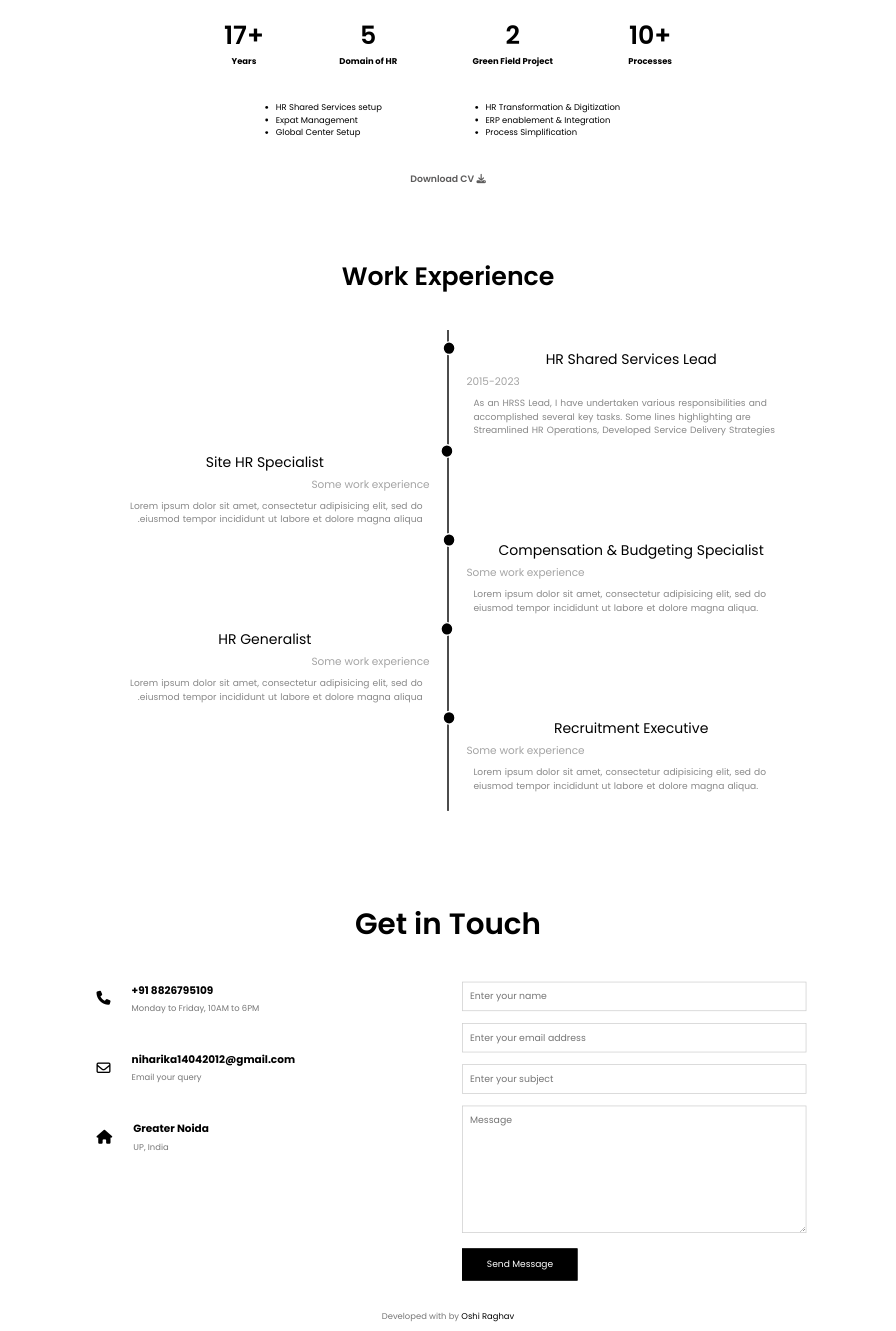
Repository: xoshiraghavx/Niharika-portfolio
Page: index.html
An editor plug-in stored every save of this project. The page is shown before and after the next save, followed by the edit.
The browser window is 1280 px wide. The pictures show the part of the page from y = 1039 to 2959 px (the page is 2940 px tall before and 2959 px after), at 70% of full size.
Some web libraries are served in a nearby version.

Above is the page before, as saved 2023-06-16 10:30:22.

### index.html
<!DOCTYPE html>
<html lang="en">
<head>
    <meta charset="UTF-8">
    <meta http-equiv="X-UA-Compatible" content="IE=edge">
    <meta name="viewport" content="width=device-width, initial-scale=1.0">
    <title>Niharika Singh | Portfolio</title>
    <link rel="stylesheet" href="../css/index.css">
    <link rel="preconnect" href="https://fonts.googleapis.com">
<link rel="preconnect" href="https://fonts.gstatic.com" crossorigin>
<link href="https://fonts.googleapis.com/css2?family=Poppins:wght@100;200;300;400;600;700&family=Righteous&display=swap" rel="stylesheet">
<link rel="stylesheet" href="https://stackpath.bootstrapcdn.com/font-awesome/4.7.0/css/font-awesome.min.css">
<link rel="stylesheet" href="./css/particle.css">
<link href="https://unpkg.com/aos@2.3.1/dist/aos.css" rel="stylesheet">
<link rel="icon" href="./img/image.jpg">

</head>
<body>
    <section class="header" id="head">
        <div id="particles-js">
        <nav>
            <div class="logo">
                <h2>NS</h2>
            </div>
            <div class="nav-links" id="navLinks">
                <i class="fa fa-times" onclick="hideMenu()"></i>
                <ul>
                    <li><a href="#head">HOME</a></li>
                    <li><a href="#about">ABOUT</a></li>
                    <li><a href="#work">WORK</a></li>
                    <li><a href="#contact">CONTACT</a></li>
                </ul>
            </div>
            <div class="social">
                    <div><a href="https://www.linkedin.com/in/niharika-singh-54130b13/" target="_blank"><i class="fa-brands fa-linkedin"></i></a></div>
                    <div><a href="https://www.facebook.com/people/Niharika-Singh/pfbid0zDJLjq1fehJWAvFLc7zkpJ6FsEs1uDxExLjwh94ZH389RFf4Q5YAZHgxJCLQanLsl/" target="_blank"><i class="fa-brands fa-facebook"></i></a></div>
                    <div><a href="https://www.instagram.com/niharika14042012/" target="_blank"><i class="fa-brands fa-instagram"></i></a></div>
            </div>
        </nav>

        <div id="home"data-aos="zoom-in" data-aos-duration="1000">
            <div class="img">
                <p style="color: #c5c1c1; font-weight: 600;">Hello, I'm</p>
            </div>
            <h1 class="hh1">NIHARIKA SINGH</h1>
            <div class="p1"data-aos="fade-in" data-aos-delay="1300"data-aos-duration="1000">
                <p>As an HR professional, I nurture a harmonious and productive workforce.</p>
            </div>
            <div class="container">
                <a href="#about">
                <div class="field" >
                    <div class="mouse"></div>
                </div>
            </a>
            </div>
    </div>
    </section>

<!-- ---------About----------------- -->
<section class="about-us" id="about">
    <div class="row1">
        <div class="about-col">
            <h1>About me</h1>
            <p>Lorem ipsum dolor sit amet consectetur adipisicing elit. Voluptates unde necessitatibus consectetur aut, quisquam at, dolorem, deleniti deserunt a error officia? Quas, quos. Nemo assumenda fugiat dolore ad illo soluta.Lorem ipsum dolor sit amet consectetur adipisicing elit. Voluptates unde necessitatibus consectetur aut, quisquam at, dolorem, deleniti deserunt a error officia? Quas, quos. Nemo assumenda fugiat dolore</p>
        </div>
    </div>
    <div class="bar">
        <div class="count">
            <div class="exp">
                <h1>17+</h1>
            </div>
            <div class="exp_name">
                <h4>Years</h4>
            </div>
        </div>
        <div class="count">
            <div class="exp">
                <h1>5</h1>
            </div>
            <div class="exp_name">
                <h4>Domain of HR</h4>
            </div>
        </div>
        <div class="count">
            <div class="exp">
                <h1>2</h1>
            </div>
            <div class="exp_name">
                <h4>Green Field Project </h4>
            </div>
        </div>
        <div class="count">
            <div class="exp">
                <h1>10+</h1>
            </div>
            <div class="exp_name">
                <h4>Processes </h4>
            </div>
        </div>
    </div>
    <div class="skills">
        <ul>
            <li>HR Shared Services setup</li>
            <li>Expat Management</li>
            <li>Global Center Setup</li>
        </ul>
        <ul>
            <li>HR Transformation & Digitization</li>
            <li>ERP enablement & Integration</li>
            <li>Process Simplification</li>
        </ul>
    </div>
    <div class="cv">
        <button><a href="./img/CV-Niharika Singh.pdf">Download CV </a><i class="fa fa-download"></i></button>
    </div>
</section>
<!-- ------------Timeline------------- -->
<section id="work">
    <h1>Work Experience</h1>
    <div class="timeline">
            <div class="timeline-block timeline-block-right">
               <div class="marker"></div>
               <div class="timeline-content">
                  <h3>HR Shared Services Lead </h3>
                  <span>2015-2023</span>
                  <p>As an HRSS Lead, I have undertaken various responsibilities and accomplished several key tasks. Some lines highlighting are Streamlined HR Operations, Developed Service Delivery Strategies</p>
               </div>
            </div>
            <div class="timeline-block timeline-block-left">
               <div class="marker"></div>
               <div class="timeline-content">
                  <h3>Site HR Specialist </h3>
                  <span>Some work experience</span>
                  <p>Lorem ipsum dolor sit amet, consectetur adipisicing elit, sed do eiusmod tempor incididunt ut labore et dolore magna aliqua.</p>
               </div>
            </div>

            <div class="timeline-block timeline-block-right">
               <div class="marker"></div>
               <div class="timeline-content">
                  <h3>Compensation & Budgeting Specialist </h3>
                  <span>Some work experience</span>
                  <p>Lorem ipsum dolor sit amet, consectetur adipisicing elit, sed do eiusmod tempor incididunt ut labore et dolore magna aliqua.</p>
               </div>
            </div>

            <div class="timeline-block timeline-block-left">
               <div class="marker"></div>
               <div class="timeline-content">
                  <h3>HR Generalist</h3>
                  <span>Some work experience</span>
                  <p>Lorem ipsum dolor sit amet, consectetur adipisicing elit, sed do eiusmod tempor incididunt ut labore et dolore magna aliqua.</p>
               </div>
            </div>

            <div class="timeline-block timeline-block-right">
               <div class="marker"></div>
               <div class="timeline-content">
                  <h3>Recruitment Executive </h3>
                  <span>Some work experience</span>
                  <p>Lorem ipsum dolor sit amet, consectetur adipisicing elit, sed do eiusmod tempor incididunt ut labore et dolore magna aliqua.</p>
               </div>
            </div>
    </div>
</section>
<section class="contact-us" id="contact">
    <h1>Get in Touch
    </h1>
    <div class="row">
        <div class="contact-col">
            <div>
                 <i class="fa fa-phone"></i>
                 <span>
                     <h5><a href="tel: +918178788527">+91 8826795109</a></h5>
                     <p>Monday to Friday, 10AM to 6PM</p>
                 </span>
            </div>
            <div>
                 <i class="fa fa-envelope-o"></i>
                 <span>
                     <h5><a href="mailto: niharika14042012@gmail.com ">niharika14042012@gmail.com</a></h5>
                     <p>Email your query</p>
                 </span>
            </div>
            <div>
                <i class="fa fa-home"></i>
                <span>
                    <h5><a href="https://www.google.com/maps/place/Greater+Noida,+Uttar+Pradesh/@28.4985622,77.3511809,11z/data=!3m1!4b1!4m6!3m5!1s0x390cea64b8f89aef:0xec0ccabb5317962e!8m2!3d28.4743879!4d77.5039904!16zL20vMGN3OXEy?entry=ttu" target="_blank">Greater Noida</a></h5>
                    <p>UP, India</p>
                </span>
           </div>
        </div>
        <div class="contact-col">
            <form action="https://formcarry.com/s/P6GKrEghsf" method="POST" accept-charset="UTF-8">
                <input type="text" name="name" placeholder="Enter your name" required>
                <input type="email" name="email" placeholder="Enter your email address" required>
                <input type="text" name="subject" placeholder="Enter your subject" required>
                <textarea rows="8" name="message" placeholder="Message" required></textarea>
                <button type="submit" class="hero-btn">Send Message</button>
            </form>
        </div>
    </div>
</section>
<!-- --------footer--------- -->
<section class="footer">
    <p style="text-align: center;">Developed with by <a href="https://www.linkedin.com/in/oshiraghav/" target="_blank">Oshi Raghav</a></p>
</section>

<!-- ---------------javascript----------------->
    	<script src=
		"particles.js-master/particles.js">
	</script>
	<script src=
		"/particles.js-master/demo/js/app.js">
	</script>
     <script src="https://unpkg.com/aos@2.3.1/dist/aos.js"></script>
    <script>
     AOS.init();
    </script>
    <script src="https://kit.fontawesome.com/b6191824ce.js" crossorigin="anonymous"></script>
</body>
</html>

### css/index.css
*{
    margin: 0;
    padding: 0;
    font-family: 'poppins', sans-serif;
    scroll-behavior: smooth;
}
.header{
    min-height: 100vh;
    width: 100%;
}
h3{
    color: #000;
}
nav{
    display: flex;
    padding: 1rem 0rem;
    background: #ffffff;
    justify-content: space-around;
    align-items: center;
    position: fixed;
    width: 100%;
    backdrop-filter: blur(3px);
    z-index: 2;
}
.logo{
    background: #000;
    color: #ffffff;
    border-radius: 100%;
    padding: 5pt 6pt;
}
.nav-links ul li{
    list-style: none;
    display: inline-block;
    padding: 8px 12px;
    position: relative;
}
.nav-links ul li a{
    color: #000000;
    text-decoration: none;
    font-size: 13px;
}
.nav-links ul li::after{
    content: '';
    width: 0%;
    height: 2px;
    background: #000000;
    display: block;
    margin: auto;
    transition: 0.5s;
}
.nav-links ul li:hover::after{
    width: 100%;
}
.social{
    display: grid;
    grid-template-columns: auto auto auto auto;
    column-gap: 15px;
    font-size: 1.2rem;
    color: #000000;
}
.social a{
    color: #000;
}
.social:hover{
    cursor: pointer;
}
#home{
    position: absolute;
    text-align: center;
    width: 100%;
    margin-top: 250px;
    color: #ffffff;
}
.hh1{
    font-size: 4em;
}
#home p{
    padding-top: .5rem;
    font-size: 1rem;
    color: #c5c1c1;
}
.container {
	width: 100%;
	height: 100%;
	display: flex;
	align-items: center;
	justify-content: center;
    padding-top: 10rem;
}
.field:hover{
    cursor: pointer;
}

.field {
	display: flex;
	align-items: center;
	justify-content: space-around;
}

.mouse {
	width: 30px;
	height: 50px;
	border: 3px solid #ffffff;
	border-radius: 60px;
	position: relative;
	&::before {
		content: '';
		width: 8px;
		height: 8px;
		position: absolute;
		top: 10px;
		left: 50%;
		transform: translateX(-50%);
		background-color: #ffffff;
		border-radius: 50%;
		opacity: 1;
		animation: wheel 2s infinite;
		-webkit-animation: wheel 2s infinite;
	}
}
@keyframes wheel {
	to {
		opacity: 0;
		top: 30px;
	}
}

@-webkit-keyframes wheel {
	to {
		opacity: 0;
		top: 60px;
	}
}
nav .fa{
    display: none;
}
.hero-btn{
    display: inline-block;
    text-decoration: none;
    color: #fff;
    border: 1px solid #000000;
    padding: 12px 34px;
    font-size: 13px;
    background-color: #000;
    position: relative;
    cursor: pointer;
}
.hero-btn:hover{
    border: 1px solid #000000;
    background: #fff;
    color: #000;
    transition: 1s;
}
@media(max-width: 700px){
    .nav-links{
        display: none;
    }
}
.course{
    width: 80%;
    margin: auto;
    text-align: center;
    padding-top: 80px;
}
h1{
    font-size: 36px;
    font-weight: 600;
    text-align: center;
}
p{
    color: #777;
    font-size: 300;
    line-height: 22px;
    padding: 10px;
}
.row{
    margin-top: 5%;
    display: flex;
    justify-content: space-between;
}
.course-col{
    flex-basis: 31%;
    background: #fff3f3;
    border-radius: 10px;
    margin-bottom: 5%;
    padding: 20px 12px;
    box-sizing: border-box;
    transition: 0.5s;
}
h3{
    text-align: center;
    font-weight: 600;
    margin: 10px 0px;
}
.course-col:hover{
    box-shadow: rgba(241, 128, 128, 0.25) 0px 54px 55px, rgba(233, 177, 177, 0.12) 0px -12px 30px, rgba(238, 209, 209, 0.12) 0px 4px 6px, rgba(230, 100, 100, 0.17) 0px 12px 13px, rgba(250, 27, 27, 0.09) 0px -3px 5px;
}
@media(max-width: 700px){
    .row{
        flex-direction: column;
    }
}
/*  --------facilities--------*/
 .timeline {
    width: 80%;
    padding: 1rem 0;
    margin: 50px auto;
    position: relative;
    overflow: hidden;
 }
 .timeline:before {
    content: '';
    position: absolute;
    top: 0;
    left: 50%;
    margin-left: -1px;
    width: 2px;
    height: 100%;
    background: #000000;
    z-index: 1
 }
 .timeline-block {
    width: -webkit-calc(50% + 8px);
    width: -moz-calc(50% + 8px);
    width: calc(50% + 8px);
    display: -webkit-box;
    display: -webkit-flex;
    display: -moz-box;
    display: flex;
    -webkit-box-pack: justify;
    -webkit-justify-content: space-between;
    -moz-box-pack: justify;
    justify-content: space-between;
    clear: both;
 }
 .timeline-block-right {
    float: right;
 }
 .timeline-block-left {
    float: left;
    direction: rtl
 }
 .marker {
    width: 16px;
    height: 16px;
    border-radius: 50%;
    border: 2px solid #ffffff;
    background: #000000;
    z-index: 1
 }

 .timeline-content {
    width: 95%;
    padding: 0 15px;
    color: #666
 }

 .timeline-content h3 {
    margin-bottom: 5px;
    font-size: 20px;
    font-weight: 500
 }

 .timeline-content span {
    font-size: 15px;
    color: #a4a4a4;
 }

 .timeline-content p {
    font-size: 13px;
    line-height: 1.5em;
    word-spacing: 1px;
    color: #888;
 }


 @media screen and (max-width: 768px) {
    /* .container:before {
       left: 8px;
       width: 2px;
    }
    .timeline-block {
       width: 100%;
       margin-bottom: 30px;
    }
    .timeline-block-right {
       float: none;
    }

    .timeline-block-left {
       float: none;
       direction: ltr;
    } */
 }

/* -------about us page------- */
.about-us{
    width: 50%;
    margin: auto;
    padding-top: 100px;
    padding-bottom: 100px;
}
.about-col{
    flex-basis: 48%;
    text-align: center;
    padding: 10px 2px;
}
.about-col p{
    padding: 15px 0 25px;
}
.about-col h1{
    font-size: 4em;
}
.bar{
    display: flex;
    justify-content: space-between;
    text-align: center;
}
.count{
    display: grid;
    /* flex-direction: column;
    justify-content: center; */
}
.skills{
    display: flex;
    justify-content: space-around;
    padding-top: 3rem;
}
.cv{
    display: flex;
    justify-content: center;
    padding-top: 3rem;
}
.cv button{
    background-color: transparent;
    border: none;
}
.cv button a{
    text-decoration: none;
    color: #5d5c5c;
    font-weight: 600;
}
.cv .fa{
    color: #5d5c5c;
}
.cv :hover{
    color: #000000;
    cursor: pointer;
}
@media(max-width: 700px){
    .about-us{
        width: 90%;
        margin-top: -15%;
    }
    .about-col h1{
        font-size: 3em;
    }
    .bar{
        display: grid;
        grid-template-columns: 1fr 1fr;
    }
    .skills{
        display: grid;
        padding-left: 10%;
    }
    .cv button{
        font-size: 1rem;
        margin-top: -5%;
    }
}
/* ----contact us----- */
.location{
    width: 80%;
    margin: auto;
    padding: 80px 0;
}
.location iframe{
    width: 100%;
}
.contact-us{
    width: 80%;
    margin: auto;
    padding-top: 80px;
}
.contact-us h1{
    font-size: 3.5em;
}
.contact-col{
    flex-basis: 48%;
    margin-bottom: 30px;
}
.contact-col div{
    display: flex;
    align-items: center;
    margin-bottom: 50px;
}
.contact-col div .fa{
    font-size: 20px;
    color: #000000;
    margin: 10px;
    margin-right: 30px;
}
.contact-col a{
    text-decoration: none;
    color: #000;
}
.contact-col div p{
    padding: 0;
}
.contact-col div h5{
    font-size: 15px;
    margin-bottom: 4px;
    color: #000000;
    font-weight: bold;
}
.contact-col input, .contact-col textarea{
    width: 100%;
    padding: 10px;
    margin-bottom: 17px;
    outline: none;
    border: 1px solid #ccc;
    box-sizing:border-box ;
}

.footer a{
    text-decoration: none;
    color: #000000;
}
@media(max-width: 700px){
    .contact-col div{
        margin-bottom: 20px;
    }
    .contact-col{
        margin-bottom: 10px;
    }
}

### css/particle.css
/* ---- reset ---- */

body {
    margin: 0;
    font:normal 75% Arial, Helvetica, sans-serif;
  }

  canvas {
    display: block;
    vertical-align: bottom;
  }

  /* ---- particles.js container ---- */

  #particles-js {
    position: absolute;
    width: 100%;
    height: 100vh;
    background-color: #000000;
  }

  /* ---- stats.js ---- */

  .count-particles{
    background: #ff0000;
    position: absolute;
    top: 48px;
    left: 0;
    width: 80px;
    color: #13E8E9;
    font-size: .8em;
    text-align: left;
    text-indent: 4px;
    line-height: 14px;
    padding-bottom: 2px;
    font-family: Helvetica, Arial, sans-serif;
    font-weight: bold;
  }

  .js-count-particles{
    font-size: 1.1em;
  }

  #stats,
  .count-particles{
    -webkit-user-select: none;
  }

  #stats{
    border-radius: 3px 3px 0 0;
    overflow: hidden;
  }

  .count-particles{
    border-radius: 0 0 3px 3px;
  }

### particles.js-master/demo/js/app.js
/* -----------------------------------------------
/* How to use? : Check the GitHub README
/* ----------------------------------------------- */

/* To load a config file (particles.json) you need to host this demo (MAMP/WAMP/local)... */
/*
particlesJS.load('particles-js', 'particles.json', function() {
  console.log('particles.js loaded - callback');
});
*/

/* Otherwise just put the config content (json): */

particlesJS('particles-js',

  {
    "particles": {
      "number": {
        "value": 80,
        "density": {
          "enable": true,
          "value_area": 800
        }
      },
      "color": {
        "value": "#ffffff"
      },
      "shape": {
        "type": "circle",
        "stroke": {
          "width": 0,
          "color": "#000000"
        },
        "polygon": {
          "nb_sides": 5
        },
        "image": {
          "src": "img/github.svg",
          "width": 100,
          "height": 100
        }
      },
      "opacity": {
        "value": 0.5,
        "random": false,
        "anim": {
          "enable": false,
          "speed": 1,
          "opacity_min": 0.1,
          "sync": false
        }
      },
      "size": {
        "value": 5,
        "random": true,
        "anim": {
          "enable": false,
          "speed": 40,
          "size_min": 0.1,
          "sync": false
        }
      },
      "line_linked": {
        "enable": true,
        "distance": 150,
        "color": "#ffffff",
        "opacity": 0.4,
        "width": 1
      },
      "move": {
        "enable": true,
        "speed": 6,
        "direction": "none",
        "random": false,
        "straight": false,
        "out_mode": "out",
        "attract": {
          "enable": false,
          "rotateX": 600,
          "rotateY": 1200
        }
      }
    },
    "interactivity": {
      "detect_on": "canvas",
      "events": {
        "onhover": {
          "enable": true,
          "mode": "repulse"
        },
        "onclick": {
          "enable": true,
          "mode": "push"
        },
        "resize": true
      },
      "modes": {
        "grab": {
          "distance": 400,
          "line_linked": {
            "opacity": 1
          }
        },
        "bubble": {
          "distance": 400,
          "size": 40,
          "duration": 2,
          "opacity": 8,
          "speed": 3
        },
        "repulse": {
          "distance": 200
        },
        "push": {
          "particles_nb": 4
        },
        "remove": {
          "particles_nb": 2
        }
      }
    },
    "retina_detect": true,
    "config_demo": {
      "hide_card": false,
      "background_color": "#b61924",
      "background_image": "",
      "background_position": "50% 50%",
      "background_repeat": "no-repeat",
      "background_size": "cover"
    }
  }

);

Loaded but not shown: particles.js-master/particles.js (common file)

After the next save:
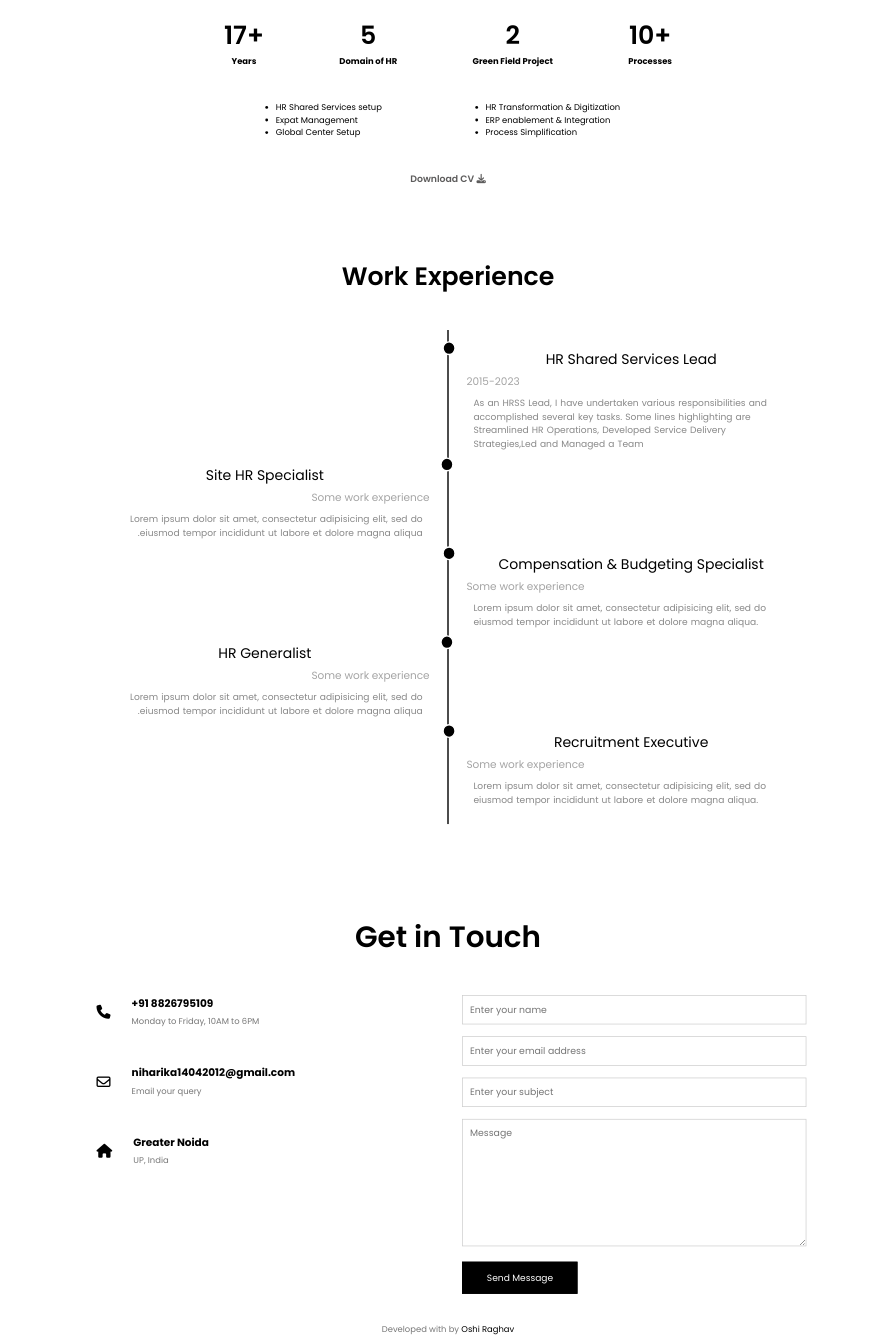
Saved 9 s later.
--- a/index.html
+++ b/index.html
@@ -123,7 +123,7 @@
                <div class="timeline-content">
                   <h3>HR Shared Services Lead </h3>
                   <span>2015-2023</span>
-                  <p>As an HRSS Lead, I have undertaken various responsibilities and accomplished several key tasks. Some lines highlighting are Streamlined HR Operations, Developed Service Delivery Strategies</p>
+                  <p>As an HRSS Lead, I have undertaken various responsibilities and accomplished several key tasks. Some lines highlighting are Streamlined HR Operations, Developed Service Delivery Strategies,Led and Managed a Team</p>
                </div>
             </div>
             <div class="timeline-block timeline-block-left">
